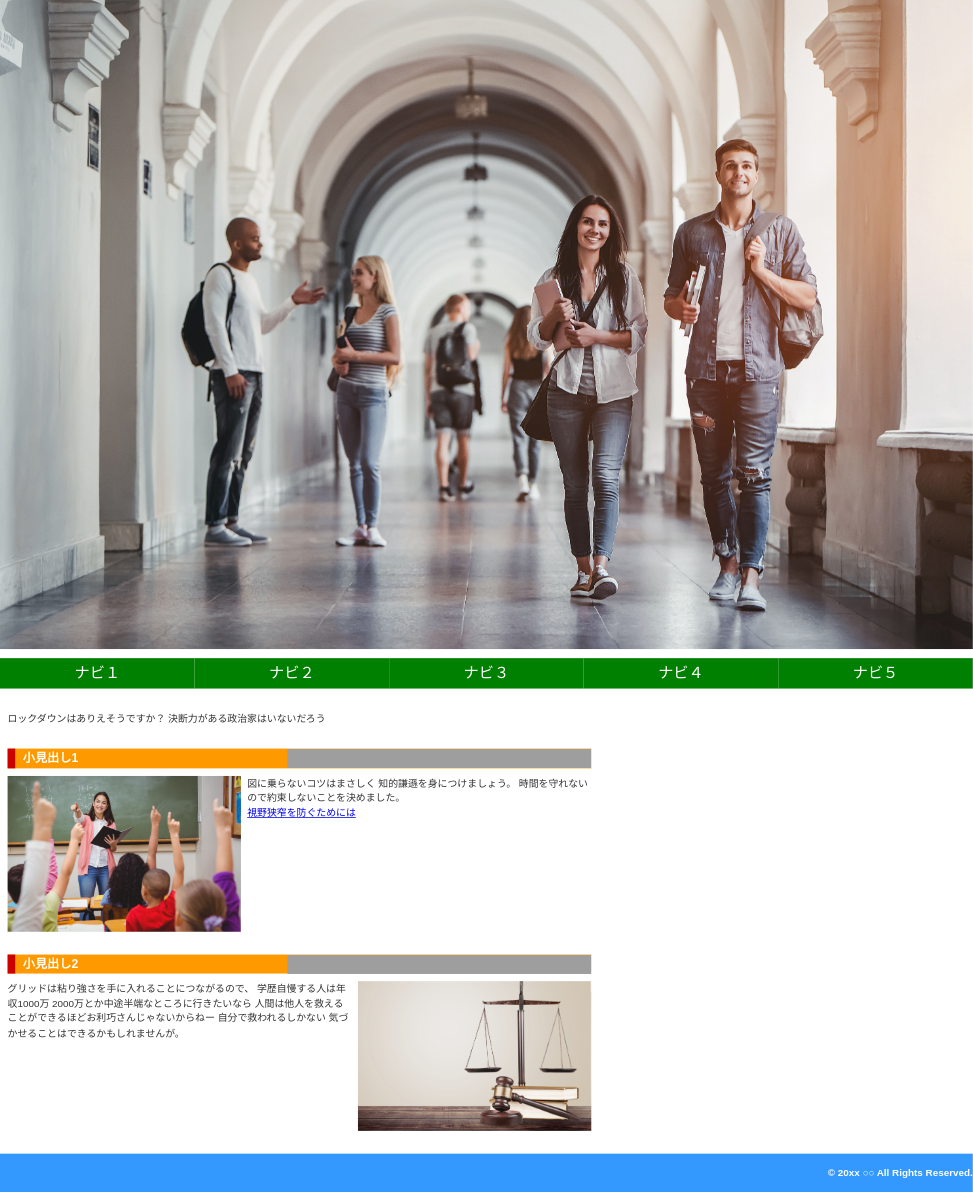
Repository: to-ya-musashi/samurai_HTML-CSS
Page: home.html
The author's editor kept a record of every edit. The page is drawn from the files as they stood at one moment, then again after the next edit.
The browser window is 1280 px wide. The pictures show the whole page, at 76% of full size.
Pictures or frames that could not be fetched are drawn as grey boxes.

Above is the page before.

### home.html
<!DOCTYPE html>
<html lang="ja">
<head>
    <meta charset="UTF-8">
    <meta name="viewport" content="width=device-width, initial-scale=1.0">
    <meta http-equiv="X-UA-Compatible" content="ie=edge">
    <title>HTMLとCSSの学習</title>
    <link rel="stylesheet" href="stylesheet.css" type="text/css" />
</head>
<body>
        <div id="header">
            <h1><a href="index.html"><img id="corridor" src="images/corridor.jpg" alt="大学の廊下" /></a></h1>
        </div>
        <div id="wrapper">
            <div id="nav">
                <ul>
                    <li><a href="home.html">ナビ１</a></li>
                    <li><a href="#">ナビ２</a></li>
                    <li><a href="#">ナビ３</a></li>
                    <li><a href="#">ナビ４</a></li>
                    <li><a href="#">ナビ５</a></li>
                </ul>
            </div>
            <div id = "container">
                <div id="main">
                    <div class="post">
                        <p>ロックダウンはありえそうですか？ 決断力がある政治家はいないだろう</p>
                    </div>
                    <div class="post clearfix">
                        <h2>小見出し1</h2>
                        <img class="left" src="images/classroom.jpg" alt="授業風景" />
                        <p>
                            図に乗らないコツはまさしく 知的謙遜を身につけましょう。
                            時間を守れないので約束しないことを決めました。

                        </p>
                        <p><a href="#">視野狭窄を防ぐためには</a></p>
                    </div>
                    <div class="post clearfix">
                        <h2>小見出し2</h2>
                        <img class="right" src="images/scale.jpg" alt="天秤" />
                        <p>
                            グリッドは粘り強さを手に入れることにつながるので、
                            学歴自慢する人は年収1000万 2000万とか中途半端なところに行きたいなら
                            人間は他人を救えることができるほどお利巧さんじゃないからねー
                            自分で救われるしかない 気づかせることはできるかもしれませんが。
                        </p>
                        <!--<p><a href="#">視野狭窄を防ぐためには</a></p>-->
                    </div>

                </div>

            </div>
        </div>
        <div id="footer">
            <p>&copy; 20xx ○○ All Rights Reserved.</p>
        </div>
</body>
</html>

### stylesheet.css
@charset "utf-8";

/*--------------------- header -----------------------*/

 #header {
 	width: 100%;
 }
 #header h1 {
 	 margin: 0;
	 padding: 0;
 }

 #corridor {
     width: 100%;
	 height: auto;
 }
/*---------------------body----------------------------*/

body {
    margin: 0;
    padding: 0;
    font-family: "ヒラギノ角ゴ Pro W3", "Hiragino Kaku Gothic Pro", "メイリオ", Meiryo, Osaka, "ＭＳ Ｐゴシック", "MS PGothic", sans-serif;
    color: #333;
    font-size: 13px;
    line-height: 150%;
}

/* -------------------- wrapper -------------------- */

#wrapper {
    width: 100%;
    margin: auto;
    padding: 0px;
    border: 0px;
    background-color: #fff;
    top: 10px;
    position: relative;
}

/*--------------------- size -----------------------*/

/*.size {*/
/*    height: 1000px;*/
/*}*/

/* -------------------- footer -------------------- */

#footer {
    clear: both;
    width:100%;
    padding:3px 0;
    background-color: #39F;
    color: #fff;
    font-weight: bold;
    text-align: right;
}

/* -------------------  nav -----------------------*/
#nav {
    width: 100%;
}

#nav ul {
    margin: 0;
    padding: 0;
    list-style-type: none;
}

#nav ul li {
    float: left;
    width: 20%;
    text-align: center;
}

#nav ul li a {
    display: block;
    height: 20px;
    margin:0;
    padding:10px;
    color: #fff;
    font-size: 20px;
    text-decoration:none;
    background-color: green;
}

#nav ul li a:hover {
    filter: drop-shadow(10px 10px 10px black);
}


/* ---------------- container ---------------------*/
#container {
    width: 100%;
    margin: auto;
    padding: auto;
    padding-top: 20px;
    clear: both;
}

/* ---------------- main ---------------------*/

#main {
	float: left;
	width: 60%;
	padding: 10px 30px 10px 10px;
}

#main h2 {
    margin: 0 0 10px 0;
    padding: 3px 10px 3px 10px;
    color: #fff;
    font-size:16px;
    border-left: solid 10px #C00;
    background: #F90 url(../images/main_h2.jpg) right top repeat-y;
}

#main p {
    margin:0;
    padding:0;
}

#main .post {
    margin-bottom: 30px;
}

#main .post img.right {
    margin-left: 8px;
}

#main .post img.left {
    margin-right: 8px;
}

.right {
    float: right;
    width: 40%;
    height: auto;
}

.left {
    float: left;
    width: 40%;
    height: auto;
}

/* ---------------- clearfix ---------------------*/
.clearfix {
    zoom: 1;
}

.clearfix:after {
    content:"";
    display:block;
    clear: both;
}


/* ---------------  side  -------------------------*/

#side {
    float: right;
    width: 30%;
    padding:20px;
    background-color: #F99;
}

#side .box{
    margin: 0 auto 30px auto;
    padding: 0 0 20px 0;
    background: url(images/side_box.png) bottom no-repeat;
}

#side .box h2 {
    margin: 0;
    padding:8px;
    text-align:center;
    color:#fff;
    font-size:16px;
    line-height:16px;
    font-weight:normal;
    background:url(images/side_box_h2.png) center no-repeat;
}

#side .box .boxBody {
    padding: 8px;
    border-right:solid 1px #C36;
    border-bottom:solid 1px #C36;
    border-left:solid 1px #C36;
    background: #fff;
}

#side .box .boxBody ul {
    margin: 0 0 16px 0;
    padding: 0;
}

#side .box .boxBody ul li {
    padding:8px 0 8px 4px;
    list-style-type: none;
    border-bottom:solid 1px #C36;
}

After the next edit:
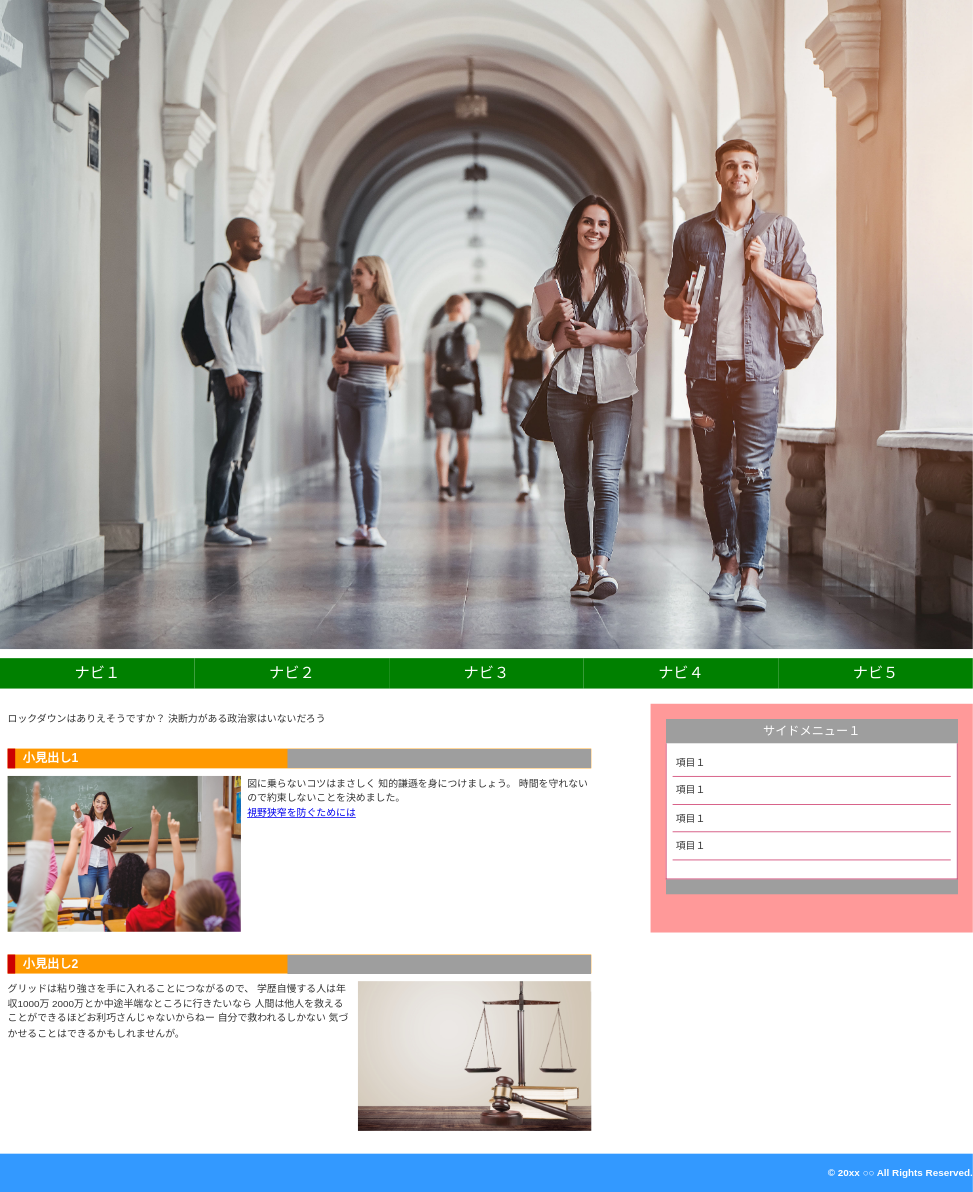
The edit:
--- a/home.html
+++ b/home.html
@@ -51,6 +51,19 @@
                 </div>
 
             </div>
+            <div id="side">
+                <div class="box">
+                    <h2>サイドメニュー１</h2>
+                    <div class="boxBody">
+                        <ul>
+                            <li>項目１</li>
+                            <li>項目１</li>
+                            <li>項目１</li>
+                            <li>項目１</li>
+                        </ul>
+                    </div>
+                </div>
+            </div>
         </div>
         <div id="footer">
             <p>&copy; 20xx ○○ All Rights Reserved.</p>
